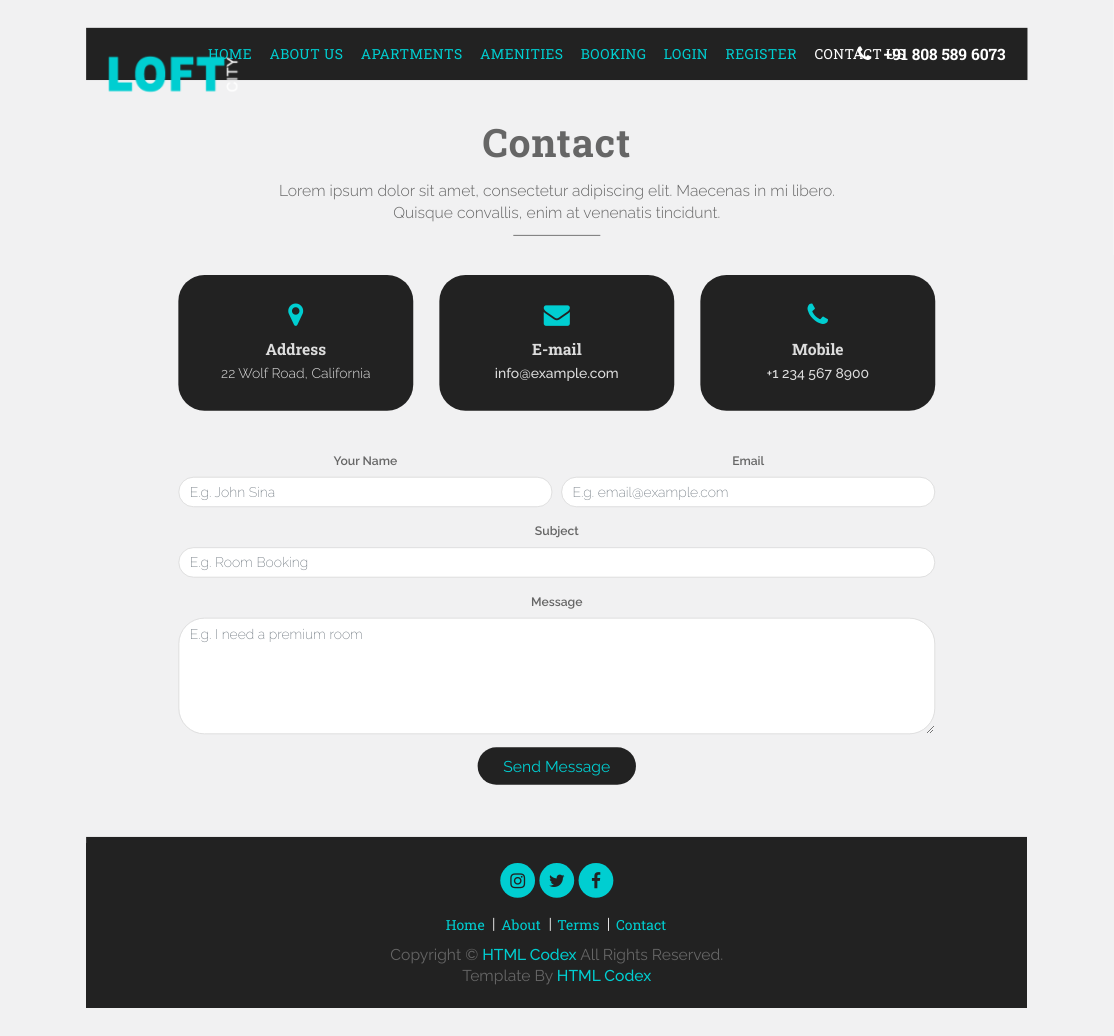
Repository: harshrathore123/ReactPractice
Page: /contact (app in RevFullStack/frontend/)
The author's editor kept a copy of each file at every save. The page is drawn from the files as they stood at one save, then again after the next save.
The browser window is 1280 px wide. The pictures show the whole page, at 87% of full size.
The project was rebuilt for these pictures with package versions that can differ from the ones it lists, and the page was loaded fresh each time. Also part of the build but not shown: RevFullStack/frontend/vite.config.js, RevFullStack/frontend/src/component/Aminities.jsx, RevFullStack/frontend/src/component/Booking.jsx, RevFullStack/frontend/src/component/CallUs.jsx, RevFullStack/frontend/src/component/Header.jsx, RevFullStack/frontend/src/component/SearchBar.jsx, RevFullStack/frontend/src/component/Room.jsx, RevFullStack/frontend/src/component/Subscribe.jsx and 10 more.

Above is the page before, as saved 2025-10-19 14:09:40.

### RevFullStack/frontend/index.html
<!doctype html>
<html lang="en">
  <head>
    <meta charset="UTF-8" />
    <link rel="icon" type="image/svg+xml" href="/vite.svg" />
    <meta name="viewport" content="width=device-width, initial-scale=1.0" />
    <title>frontend</title>
            <!-- Favicons -->
        <link href="img/favicon.ico" rel="icon">
        <link href="img/apple-favicon.png" rel="apple-touch-icon">
<link href="https://fonts.googleapis.com/css2?family=Roboto:wght@400;700&display=swap" rel="stylesheet">
    <link rel="stylesheet" href="https://cdnjs.cloudflare.com/ajax/libs/font-awesome/6.0.0-beta3/css/all.min.css">
        <!-- Google Fonts -->
        <link href="https://fonts.googleapis.com/css?family=Roboto+Slab:400,700|Raleway:100,200,300,400,500,600,700,800,900" rel="stylesheet">

        <!-- Vendor CSS File -->
        <link href="vendor/bootstrap/css/bootstrap.min.css" rel="stylesheet">
        <link href="vendor/font-awesome/css/font-awesome.min.css" rel="stylesheet">
        <link href="vendor/slick/slick.css" rel="stylesheet">
        <link href="vendor/slick/slick-theme.css" rel="stylesheet">
        <link href="vendor/tempusdominus/css/tempusdominus-bootstrap-4.min.css" rel="stylesheet" />
  </head>
  <body>
    <div id="root"></div>
    <script type="module" src="/src/main.jsx"></script>
  </body>
</html>

### RevFullStack/frontend/src/main.jsx
import { StrictMode } from 'react'
import { createRoot } from 'react-dom/client'
import './index.css'
import {BrowserRouter} from 'react-router-dom';
import App from './App.jsx'

createRoot(document.getElementById('root')).render(
  <BrowserRouter>
    <App />
  </BrowserRouter>,
)

### RevFullStack/frontend/src/App.jsx
import './App.css'
import Home from './component/Home'
import Footer from './component/Footer'
import {Routes,Route} from 'react-router-dom';
import {ToastContainer} from 'react-toastify';
import Navbar from './component/Navbar';
import Aboutus from './page/Aboutus';
import Apartment from './page/Apartment';
import Aminities from './page/Aminities';
import Booking from './page/Bookings';
import Contact from './page/Contact';
import Login from './page/Login';
import Signup from './page/Signup';
function App(){
  return(
    <>
    <ToastContainer position="top-right" reverseOrder={false}/>
    <Navbar/>
    <Routes>
      <Route path='/' element={<Home/>}/>
      <Route path='/aboutus' element={<Aboutus/>}/>
      <Route path='/apartments' element={<Apartment/>}/>
      <Route path='/amenities' element={<Aminities/>}/>
      <Route path='/booking' element={<Booking/>}/>
      <Route path='/contact' element={<Contact/>}/>
      <Route path='/login' element={<Login/>}/>
      <Route path='/register' element={<Signup/>}/>
    </Routes>
    <Footer/>

    </>
  )
}

export default App

### RevFullStack/frontend/src/component/Footer.jsx
import '../../public/css/style.css';
import '../../public/css/hover-style.css';
export default function Footer(){
    return(
        <>
                {/* <!-- Footer Section Start --> */}
        <div id="footer">
            <div className="container">
                <div className="row">
                    <div className="col-12">
                        <div className="social">
                            <a href=""><li className="fa fa-instagram"></li></a>
                            <a href=""><li className="fa fa-twitter"></li></a>
                            <a href=""><li className="fa fa-facebook-f"></li></a>
                        </div>
                    </div>
                    <div className="col-12">
                        <ul>
                            <li><a href="">Home</a></li>
                            <li><a href="">About</a></li>
                            <li><a href="">Terms</a></li>
                            <li><a href="">Contact</a></li>
                        </ul>
                    </div>
                    <div className="col-12">
                        <p>Copyright &#169; <a href="https://htmlcodex.com">HTML Codex</a> All Rights Reserved.</p>
						<p>Template By <a href="https://htmlcodex.com">HTML Codex</a></p>
                    </div>
                </div>
            </div>
        </div>
        {/* <!-- Footer Section End --> */}

        </>
    )
}

### RevFullStack/frontend/src/component/Navbar.jsx
import { useState } from "react";
import "../../public/css/style.css";
import "../../public/css/hover-style.css";
import { NavLink } from "react-router-dom";

export default function Navbar() {
  const [menuOpen, setMenuOpen] = useState(false);

  const activeStyle = {
    color: "white",
  };

  // Toggle menu open/close
  const toggleMenu = () => setMenuOpen(!menuOpen);

  // Close menu when clicking a link
  const handleLinkClick = () => setMenuOpen(false);

  return (
    <header id="header">
      <NavLink to="/" className="logo">
        <img src="img/logo.png" alt="logo" />
      </NavLink>

      <div className="phone">
        <i className="fa fa-phone"></i> +91 808 589 6073
      </div>

      {/* Hamburger icon for mobile */}
      <div className="mobile-menu-btn" onClick={toggleMenu}>
        <i className="fa fa-bars"></i>
      </div>

      {/* Navigation */}
      <nav className={`main-menu top-menu ${menuOpen ? "open" : ""}`}>
        <ul>
          <li>
            <NavLink
              to="/"
              onClick={handleLinkClick}
              style={({ isActive }) => (isActive ? activeStyle : undefined)}
            >
              Home
            </NavLink>
          </li>
          <li>
            <NavLink
              to="/aboutus"
              onClick={handleLinkClick}
              style={({ isActive }) => (isActive ? activeStyle : undefined)}
            >
              About Us
            </NavLink>
          </li>
          <li>
            <NavLink
              to="/apartments"
              onClick={handleLinkClick}
              style={({ isActive }) => (isActive ? activeStyle : undefined)}
            >
              Apartments
            </NavLink>
          </li>
          <li>
            <NavLink
              to="/amenities"
              onClick={handleLinkClick}
              style={({ isActive }) => (isActive ? activeStyle : undefined)}
            >
              Amenities
            </NavLink>
          </li>
          <li>
            <NavLink
              to="/booking"
              onClick={handleLinkClick}
              style={({ isActive }) => (isActive ? activeStyle : undefined)}
            >
              Booking
            </NavLink>
          </li>
          <li>
            <NavLink
              to="/login"
              onClick={handleLinkClick}
              style={({ isActive }) => (isActive ? activeStyle : undefined)}
            >
              Login
            </NavLink>
          </li>
          <li>
            <NavLink
              to="/register"
              onClick={handleLinkClick}
              style={({ isActive }) => (isActive ? activeStyle : undefined)}
            >
              Register
            </NavLink>
          </li>
          <li>
            <NavLink
              to="/contact"
              onClick={handleLinkClick}
              style={({ isActive }) => (isActive ? activeStyle : undefined)}
            >
              Contact Us
            </NavLink>
          </li>
        </ul>
      </nav>
    </header>
  );
}

### RevFullStack/frontend/src/page/Contact.jsx
import '../../public/css/style.css';
import '../../public/css/hover-style.css';
export default function Contact(){
    return(
        <>
                {/* <!-- Contact Section Start --> */}
        <div id="contact">
            <div class="container">
                <div class="section-header">
                    <h2>Contact</h2>
                    <p>
                        Lorem ipsum dolor sit amet, consectetur adipiscing elit. Maecenas in mi libero. Quisque convallis, enim at venenatis tincidunt.
                    </p>
                </div>
                <div class="row">
                    <div class="col-md-12">
                        <div class="row contact-info">
                            <div class="col-md-4">
                                <div class="info-item">
                                    <i class="fa fa-map-marker"></i>
                                    <h3>Address</h3>
                                    <p>22 Wolf Road, California</p>
                                </div>
                            </div>
                            <div class="col-md-4">
                                <div class="info-item">
                                    <i class="fa fa-envelope"></i>
                                    <h3>E-mail</h3>
                                    <p><a href="mailto:info@example.com">info@example.com</a></p>
                                </div>
                            </div>
                            <div class="col-md-4">
                                <div class="info-item">
                                    <i class="fa fa-phone"></i>
                                    <h3>Mobile</h3>
                                    <p><a href="tel:+1 234 567 8900">+1 234 567 8900</a></p>
                                </div>
                            </div>
                        </div>
                    </div>
                    <div class="col-md-12">
                        <div class="contact-form">
                            <div id="success"></div>
                            <form name="sentMessage" id="contactForm" novalidate="novalidate">
                                <div class="form-row">
                                    <div class="control-group col-sm-6">
                                        <label>Your Name</label>
                                        <input type="text" class="form-control" id="name" placeholder="E.g. John Sina" required="required" data-validation-required-message="Please enter your name" />
                                        <p class="help-block text-danger"></p>
                                    </div>
                                    <div class="control-group col-sm-6">
                                        <label>Email</label>
                                        <input type="email" class="form-control" id="email" placeholder="E.g. email@example.com" required="required" data-validation-required-message="Please enter your email" />
                                        <p class="help-block text-danger"></p>
                                    </div>
                                </div>
                                <div class="control-group">
                                    <label>Subject</label>
                                    <input type="text" class="form-control" id="subject" placeholder="E.g. Room Booking" required="required" data-validation-required-message="Please enter a subject" />
                                    <p class="help-block text-danger"></p>
                                </div>
                                <div class="control-group">
                                    <label>Message</label>
                                    <textarea class="form-control" id="message" rows="5" placeholder="E.g. I need a premium room" required="required" data-validation-required-message="Please enter your message"></textarea>
                                    <p class="help-block text-danger"></p>
                                </div>
                                <div class="button"><button type="submit" id="sendMessageButton">Send Message</button></div>
                            </form>
                        </div>
                    </div>
                </div>
            </div>
        </div>
        {/* <!-- Contact Section End --> */}
        </>
    )
}

Loaded but not shown: RevFullStack/frontend/src/index.css (common file); RevFullStack/frontend/src/App.css (common file); RevFullStack/frontend/public/vendor/bootstrap/css/bootstrap.min.css (library); RevFullStack/frontend/public/vendor/font-awesome/css/font-awesome.min.css (library); RevFullStack/frontend/public/vendor/slick/slick.css (common file); RevFullStack/frontend/public/vendor/slick/slick-theme.css (library); RevFullStack/frontend/public/vendor/tempusdominus/css/tempusdominus-bootstrap-4.min.css (library); RevFullStack/frontend/public/css/hover-style.css (460 lines, source omitted); RevFullStack/frontend/public/css/style.css (1469 lines, source omitted)

After the next save:
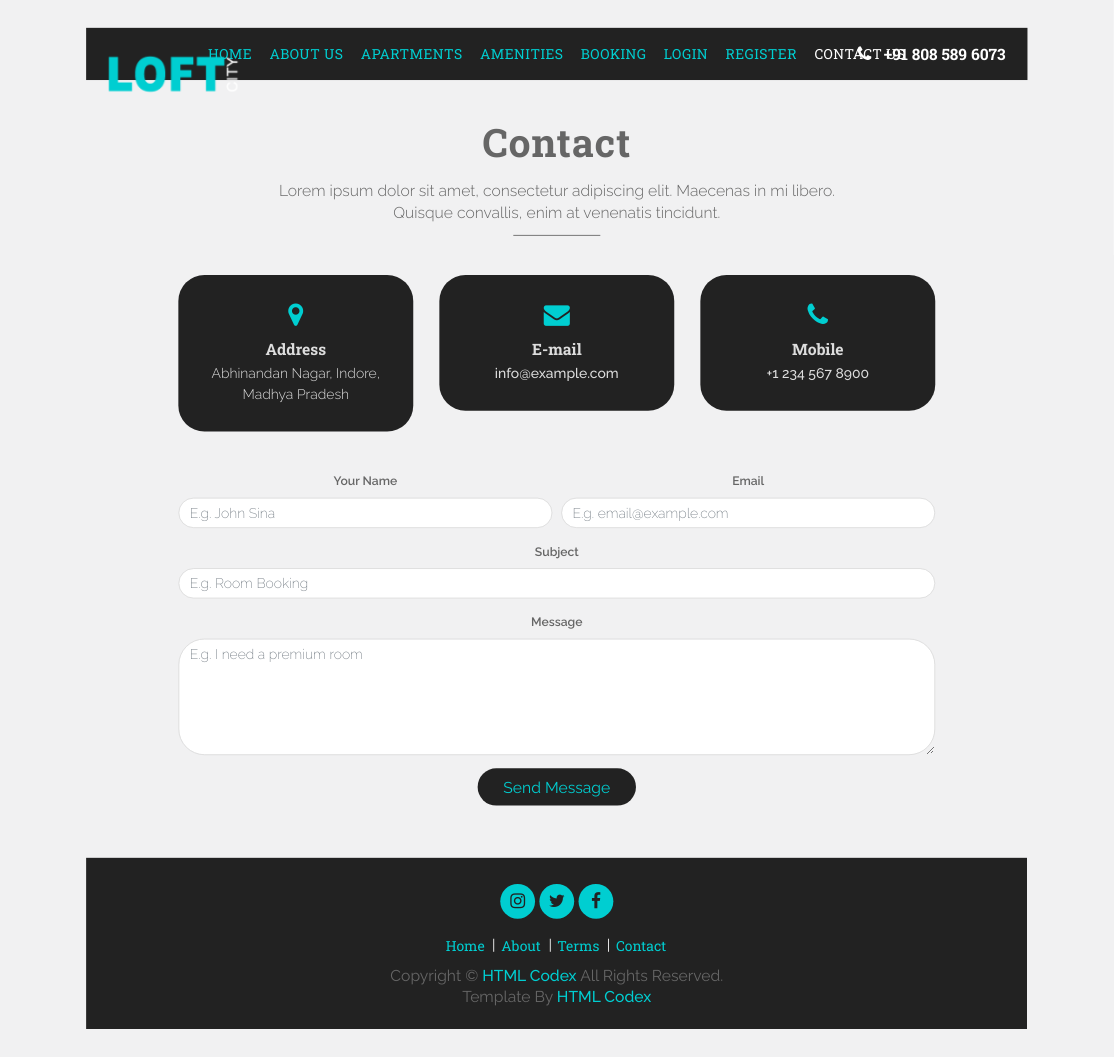
Saved 69 s later.
--- a/RevFullStack/frontend/src/page/Contact.jsx
+++ b/RevFullStack/frontend/src/page/Contact.jsx
@@ -19,7 +19,7 @@ export default function Contact(){
                                 <div class="info-item">
                                     <i class="fa fa-map-marker"></i>
                                     <h3>Address</h3>
-                                    <p>22 Wolf Road, California</p>
+                                    <p>Abhinandan Nagar, Indore, Madhya Pradesh</p>
                                 </div>
                             </div>
                             <div class="col-md-4">
